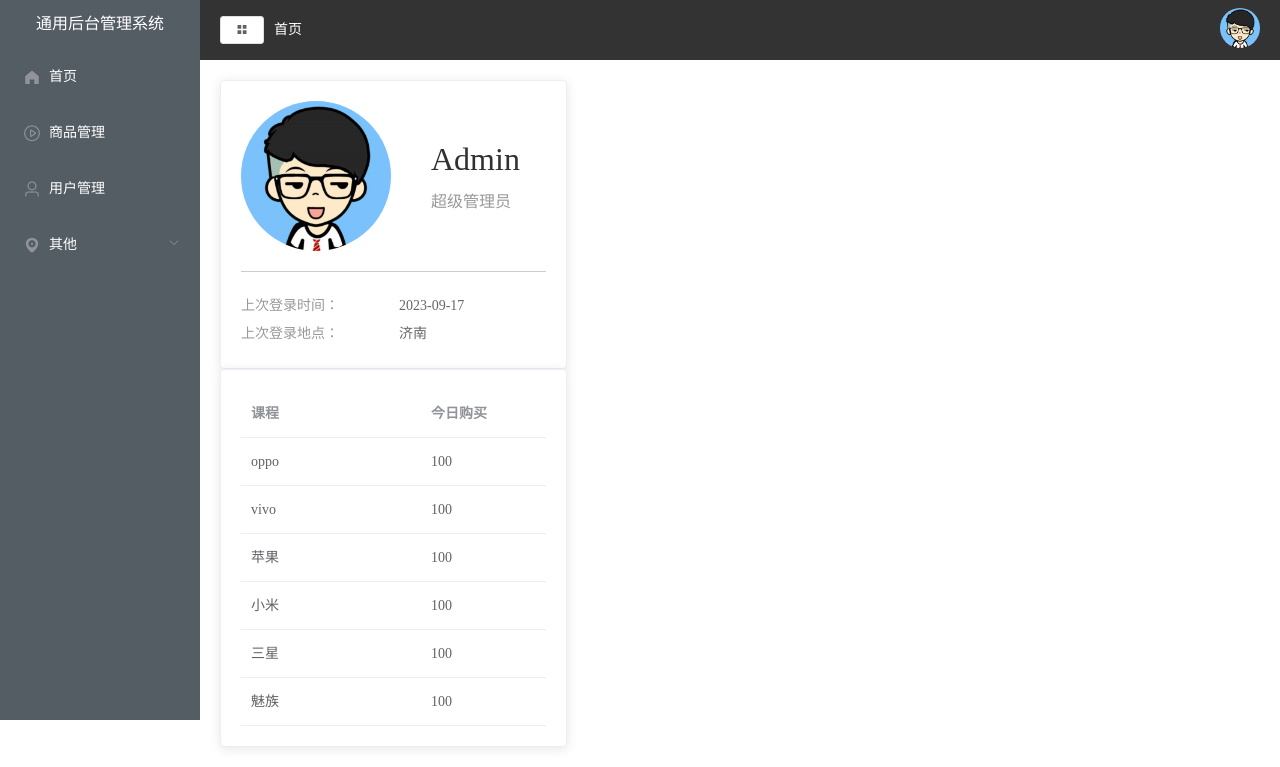
Repository: Francis200214/my-app
Page: /
These files come from the project's save history. The page is drawn as it stood at one moment and after the next save; the edit follows.
The browser window is 1280 px wide. The pictures show the whole page.
The project was rebuilt for these pictures with package versions that can differ from the ones it lists, and the page was loaded fresh each time. Also part of the build but not shown: vue.config.js, src/views/User.vue, src/views/Mall.vue, src/views/other/PageOne.vue, src/views/other/PageTwo.vue.

Above is the page before, as saved 2023-05-22 22:03:28.

After the next save:
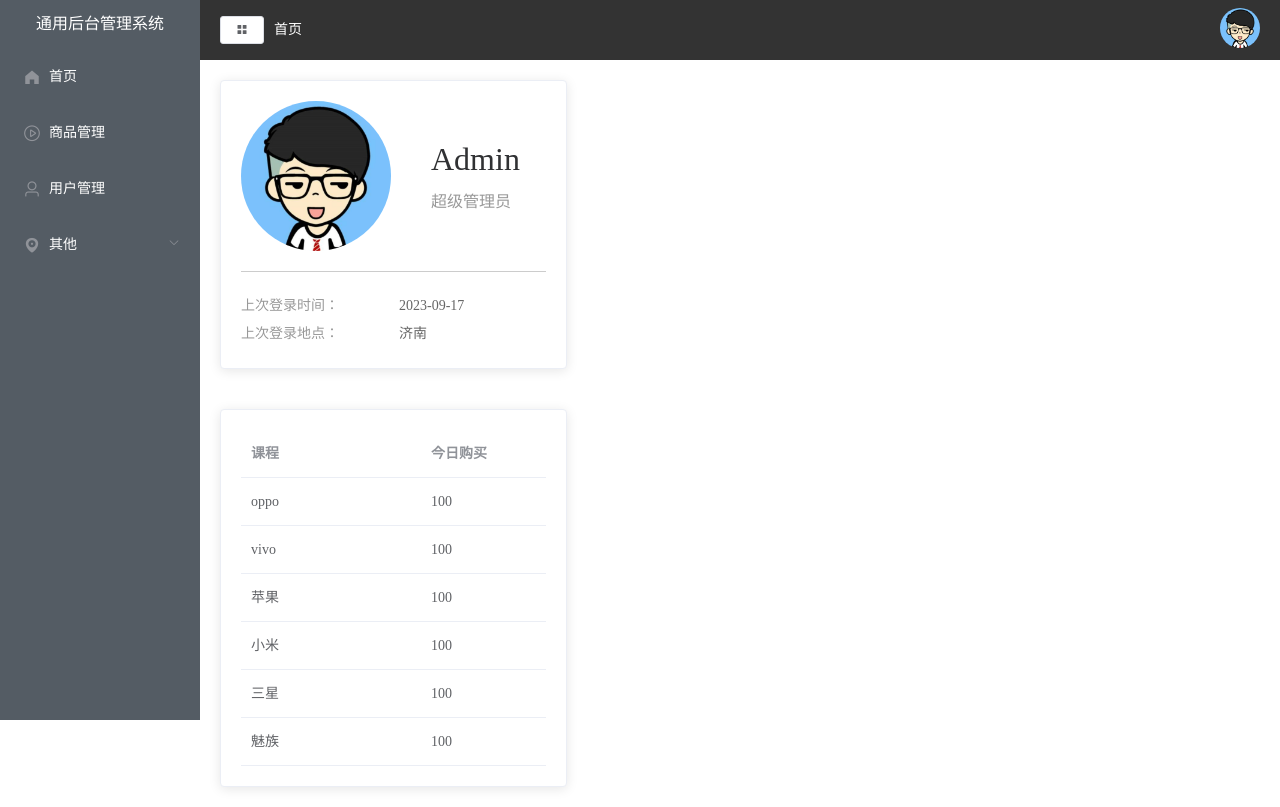
Saved 6 s later.
--- a/src/views/Home.vue
+++ b/src/views/Home.vue
@@ -16,7 +16,7 @@
                 </div>
             </el-card>
 
-            <el-card style="ma">
+            <el-card style="margin-top: 40px">
                 <el-table :data="tableData" style="width: 100%">
                     <el-table-column prop="name" label="课程" width="180">
                     </el-table-column>
